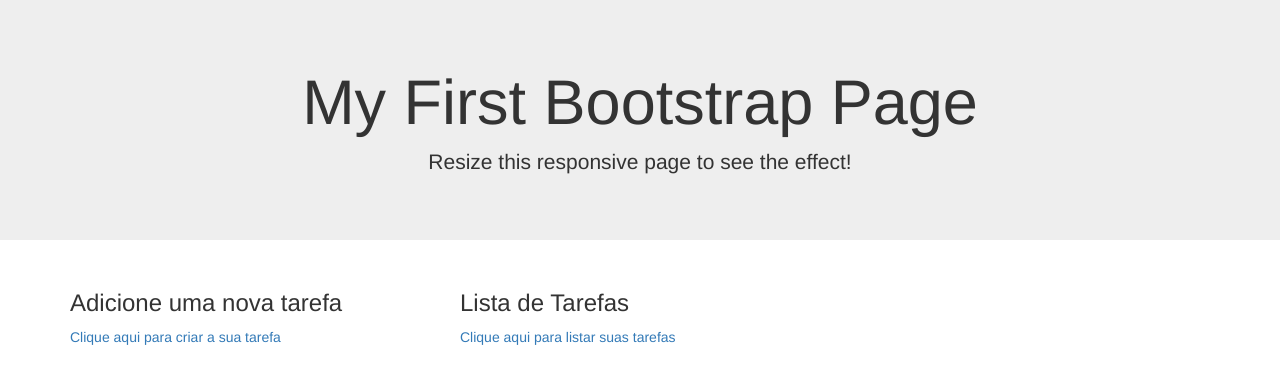
Repository: engcarlosrosa/ChatInsper
Page: http://localhost/handout15/
The author's editor kept a copy of each file at every save. The page is drawn from the files as they stood at one save, then again after the next save.
The browser window is 1280 px wide. The pictures show the whole page.
The page is served by Tomcat 9. Other server files are loaded and not shown.

Above is the page before, as saved 2016-10-25 21:13:28.

### handout15/WebContent/WEB-INF/views/info.jsp
<%@ page language="java" contentType="text/html; charset=UTF-8" pageEncoding="UTF-8"%>
<!DOCTYPE html>
<html lang="en">
<head>
  <title>Bootstrap Example</title>
  <meta charset="utf-8">
  <meta name="viewport" content="width=device-width, initial-scale=1">
  <link rel="stylesheet" href="https://maxcdn.bootstrapcdn.com/bootstrap/3.3.7/css/bootstrap.min.css">
  <script src="https://ajax.googleapis.com/ajax/libs/jquery/1.12.4/jquery.min.js"></script>
  <script src="https://maxcdn.bootstrapcdn.com/bootstrap/3.3.7/js/bootstrap.min.js"></script>
</head>
<body>

<div class="jumbotron text-center">
  <h1>My First Bootstrap Page</h1>
  <p>Resize this responsive page to see the effect!</p>
</div>

<div class="container">
  <div class="row">
    <div class="col-sm-4">
      <h3>Adicione uma nova tarefa</h3>
      <a href="criaTarefa">Clique aqui para criar a sua tarefa</a>
    </div>
    <div class="col-sm-4">
      <h3>Lista de Tarefas</h3>
      <a href="listaTarefas">Clique aqui para listar suas tarefas</a>
    </div>
  </div>
</div>

</body>
</html>

After the next save:
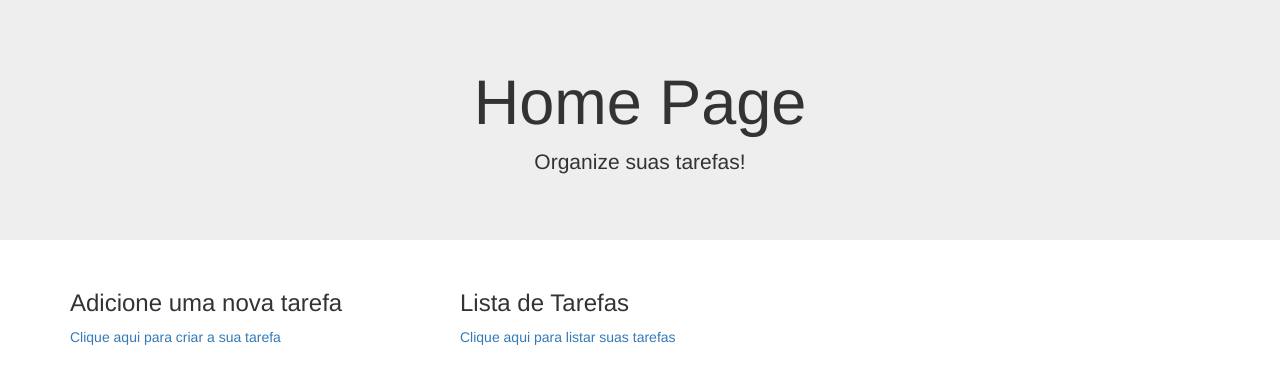
Saved 75 s later.
--- a/handout15/WebContent/WEB-INF/views/info.jsp
+++ b/handout15/WebContent/WEB-INF/views/info.jsp
@@ -12,8 +12,8 @@
 <body>
 
 <div class="jumbotron text-center">
-  <h1>My First Bootstrap Page</h1>
-  <p>Resize this responsive page to see the effect!</p>
+  <h1>Home Page</h1>
+  <p>Organize suas tarefas!</p>
 </div>
 
 <div class="container">
